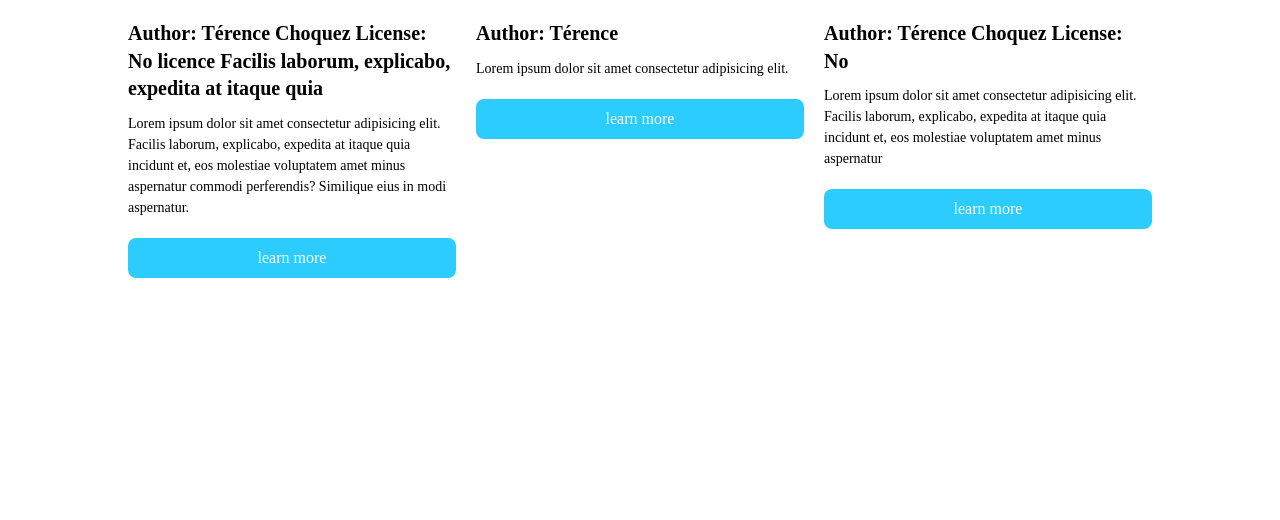
Repository: dinhhaidh/subgrid
Page: index.html
An editor plug-in stored every save of this project. The page is shown before and after a run of saves, followed by the edit.
The browser window is 1280 px wide. The pictures show the part of the page from y = 220 to 740 px (the page is 740 px tall).

Above is the page before, as saved 2024-01-08 15:30:08.

### index.html
<!DOCTYPE html>
<html lang="en">
<head>
    <meta charset="UTF-8">
    <meta name="viewport" content="width=device-width, initial-scale=1.0">
    <title>Document</title>
    <link rel="stylesheet" href="style.css">
</head>
<body>
    <div class="card-list">
        <div class="card">
            <div class="card-image">
                <img src="https://images.unsplash.com/photo-1506946526854-9aad1ec915cb?q=80&w=1887&auto=format&fit=crop&ixlib=rb-4.0.3&ixid=M3wxMjA3fDB8MHxwaG90by1wYWdlfHx8fGVufDB8fHx8fA%3D%3D" alt="">
            </div>
            <h3 class="card-title">Author: Térence Choquez License: No licence Facilis laborum, explicabo, expedita at itaque quia</h3>
            <p class="card-desc">Lorem ipsum dolor sit amet consectetur adipisicing elit. Facilis laborum, explicabo, expedita at itaque quia incidunt et, eos molestiae voluptatem amet minus aspernatur commodi perferendis? Similique eius in modi aspernatur.
            </p>
            <a href="#" class="card-more">learn more</a>
        </div>
        <div class="card">
            <div class="card-image">
                <img src="https://images.unsplash.com/photo-1506946526854-9aad1ec915cb?q=80&w=1887&auto=format&fit=crop&ixlib=rb-4.0.3&ixid=M3wxMjA3fDB8MHxwaG90by1wYWdlfHx8fGVufDB8fHx8fA%3D%3D" alt="">
            </div>
            <h3 class="card-title">Author: Térence </h3>
            <p class="card-desc">Lorem ipsum dolor sit amet consectetur adipisicing elit.</p>
            <a href="#" class="card-more">learn more</a>
        </div>
        <div class="card">
            <div class="card-image">
                <img src="https://images.unsplash.com/photo-1506946526854-9aad1ec915cb?q=80&w=1887&auto=format&fit=crop&ixlib=rb-4.0.3&ixid=M3wxMjA3fDB8MHxwaG90by1wYWdlfHx8fGVufDB8fHx8fA%3D%3D" alt="">
            </div>
            <h3 class="card-title">Author: Térence Choquez License: No </h3>
            <p class="card-desc">Lorem ipsum dolor sit amet consectetur adipisicing elit. Facilis laborum, explicabo, expedita at itaque quia incidunt et, eos molestiae voluptatem amet minus aspernatur
            </p>
            <a href="#" class="card-more">learn more</a>
        </div>
    </div>
</body>
</html>

### style.css
*,
*:before,
*:after {
  box-sizing: border-box;
}
* {
  margin: 0;
  padding: 0;
  font: inherit;
}
img,
picture,
svg,
video {
  display: block;
  max-width: 100%;
}
input,
select,
textarea {
  background-color: transparent;
  outline: none;
}
button {
  cursor: pointer;
  background-color: transparent;
  outline: none;
  border: 0;
}
body {
  min-height: 100vh;
  font-weight: 400;
  font-size: 16px;
  line-height: 1;
}
.card-list{
    display: grid;
    grid-template-columns: repeat(3, minmax(0, 1fr));
    gap: 20px;
    max-width: 1024px;
    margin: 20px auto;
}
.card-image{
    height: 200px;
    margin-bottom: 20px;
}
.card-image img {
    width: 100%;
    height: 100%;
    object-fit: cover;
}
.card-title{
    font-size: 20px;
    font-weight: 600;
    margin-bottom: 10px;
    margin-top: 10px;
    line-height: 1.375;
}
.card-desc{
    font-size: 14px;
    line-height: 1.5;
    margin-bottom: 20px;
}
.card-more{
    display: block;
    text-decoration: none;
    color: white;
    background-color: #2cccff;
    padding: 12px;
    border-radius: 8px;
    text-align: center;
}

After the next 3 saves:
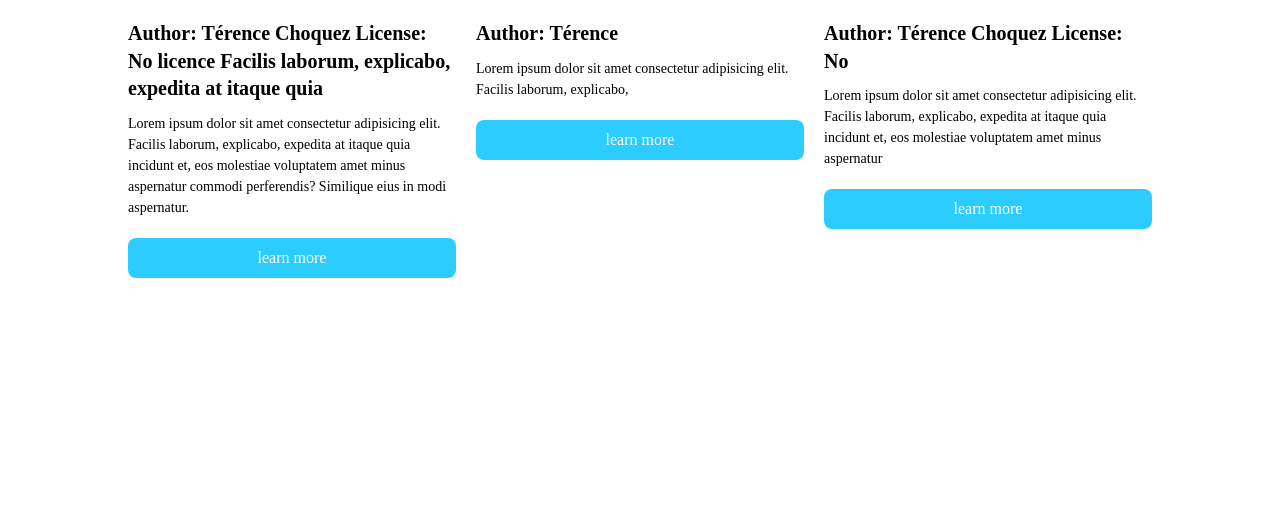
The 3 saves are shown as one change because they came seconds apart.
The last was saved 22 s later.
--- a/index.html
+++ b/index.html
@@ -22,7 +22,7 @@
                 <img src="https://images.unsplash.com/photo-1506946526854-9aad1ec915cb?q=80&w=1887&auto=format&fit=crop&ixlib=rb-4.0.3&ixid=M3wxMjA3fDB8MHxwaG90by1wYWdlfHx8fGVufDB8fHx8fA%3D%3D" alt="">
             </div>
             <h3 class="card-title">Author: Térence </h3>
-            <p class="card-desc">Lorem ipsum dolor sit amet consectetur adipisicing elit.</p>
+            <p class="card-desc">Lorem ipsum dolor sit amet consectetur adipisicing elit. Facilis laborum, explicabo,</p>
             <a href="#" class="card-more">learn more</a>
         </div>
         <div class="card">
